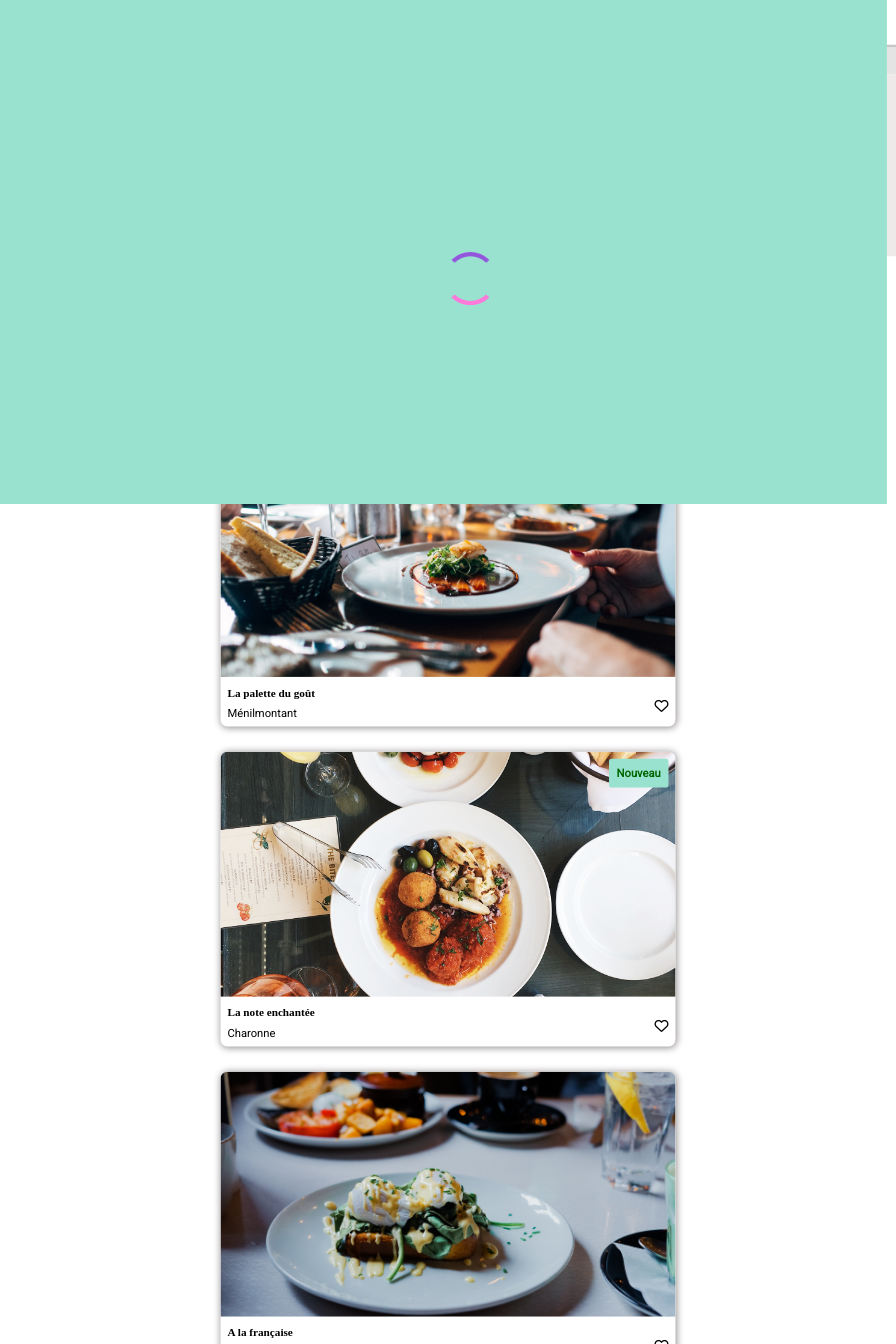
Repository: Micka-17/boimickael_3_16042021
Page: index.html
The author's editor kept a copy of each file at every save. The page is drawn from the files as they stood at one save, then again after the next save.
The browser window is 1280 px wide. The pictures show the part of the page from y = 0 to 1920 px (the page is 2618 px tall), at 70% of full size.
Some web fonts or font styles are not loaded; a fallback is used. Some web libraries are served in a nearby version. The style sheet was rebuilt from its Sass, Less or Tailwind sources for each picture, by a compiler version that may differ from the author's.

Above is the page before, as saved 2021-05-26 10:48:43.

After the next save:
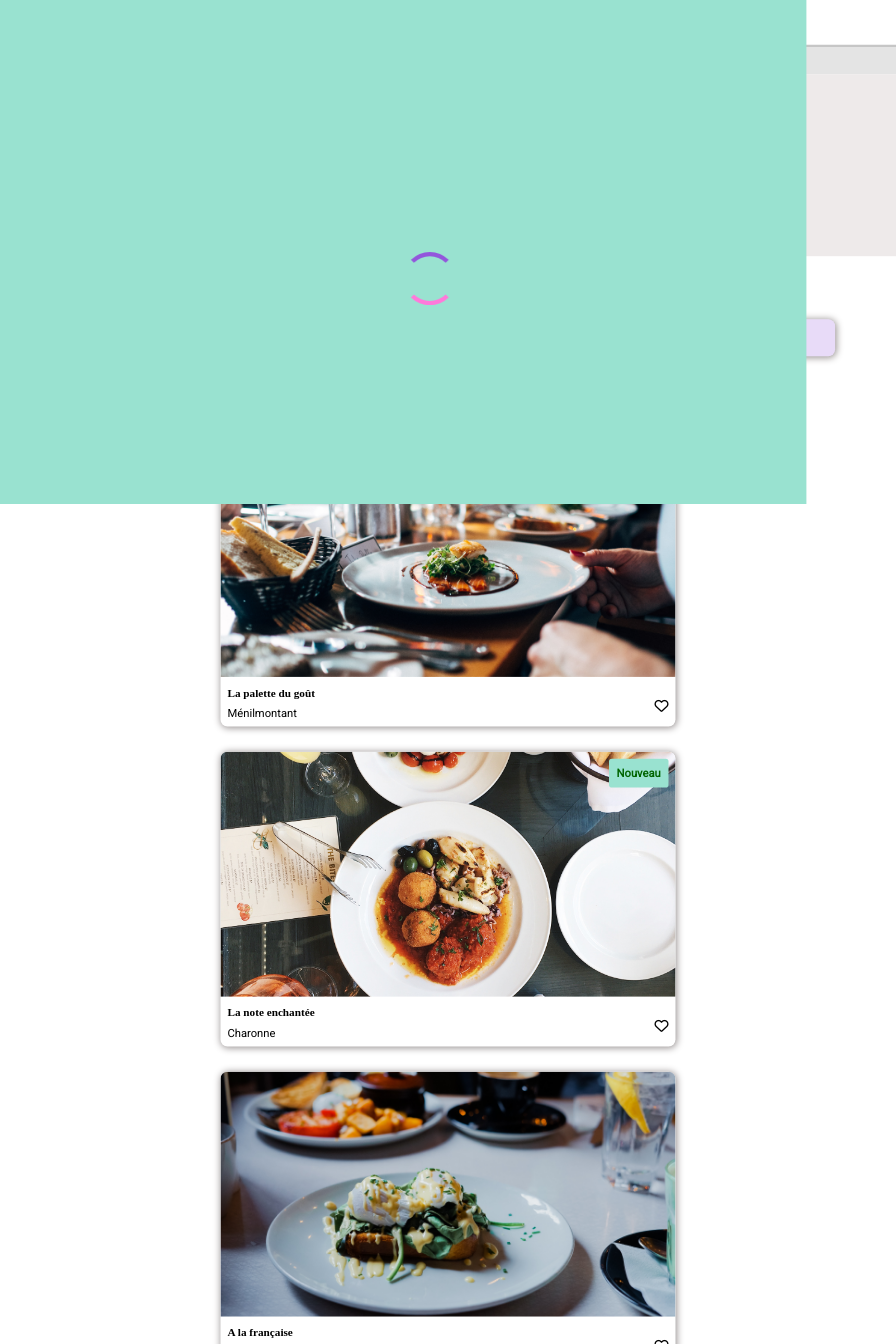
Saved 5 s later.
--- a/sass/style.scss
+++ b/sass/style.scss
@@ -21,7 +21,7 @@ ul {
     top: 0;
     left: 0;
     background-color: $color3;
-    min-width: 99%;
+    min-width: 90%;
     height: 100%;
     animation: loader2 33s;
     animation-fill-mode: both;
